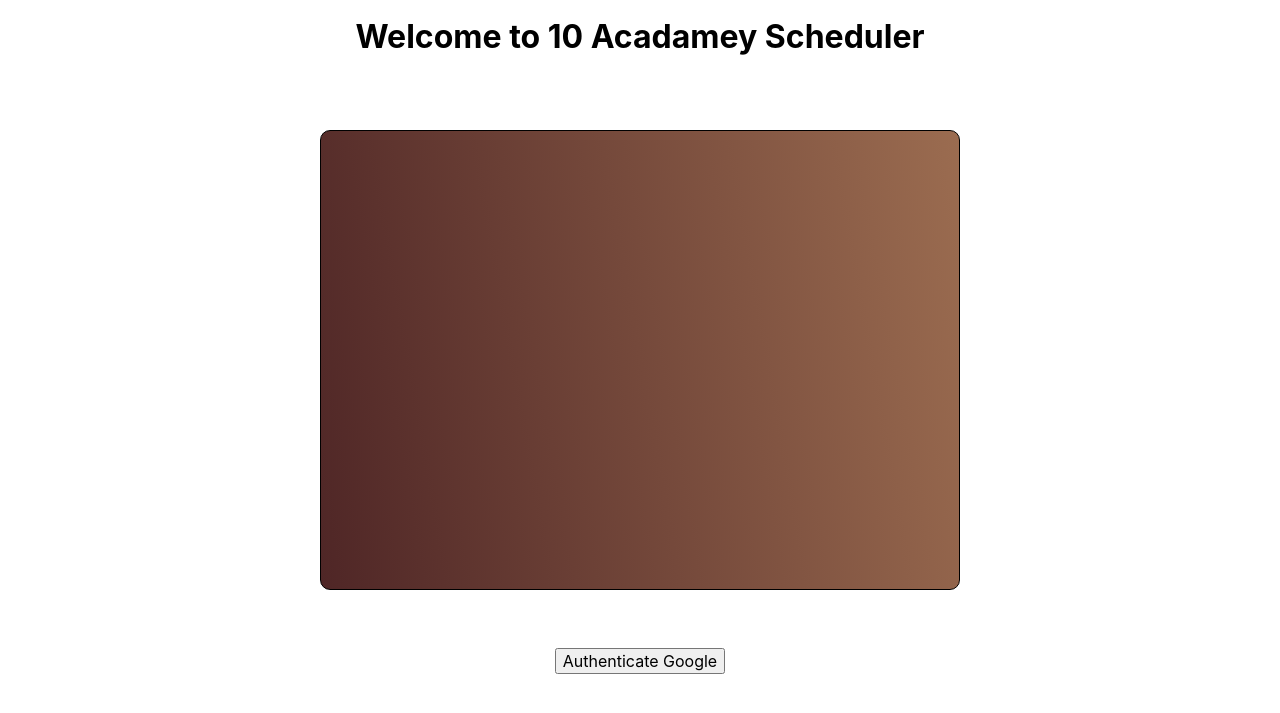
Repository: nebilarega/calendar-extractor
Page: / (app in frontend/)
An editor plug-in stored every save of this project. The page is shown before and after the next save, followed by the edit.
The browser window is 1280 px wide. The pictures show the whole page.
The project was rebuilt for these pictures with package versions that can differ from the ones it lists, and the page was loaded fresh each time.

Above is the page before, as saved 2022-08-24 23:25:13.

After the next save:
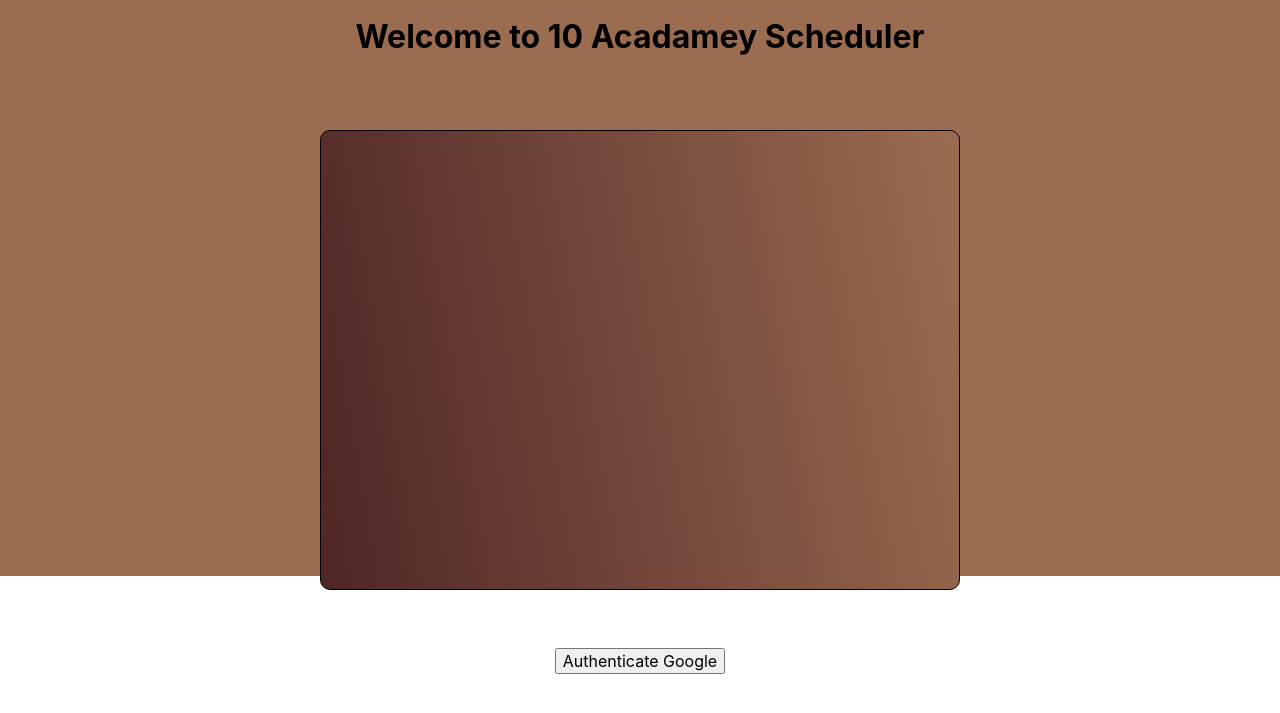
Saved 36 s later.
--- a/frontend/src/css/landing.css
+++ b/frontend/src/css/landing.css
@@ -54,6 +54,7 @@
 .main {
   width: 100%;
   height: 80vh;
+  background-color: #9b6c50;
 }
 .header {
   width: 100%;
